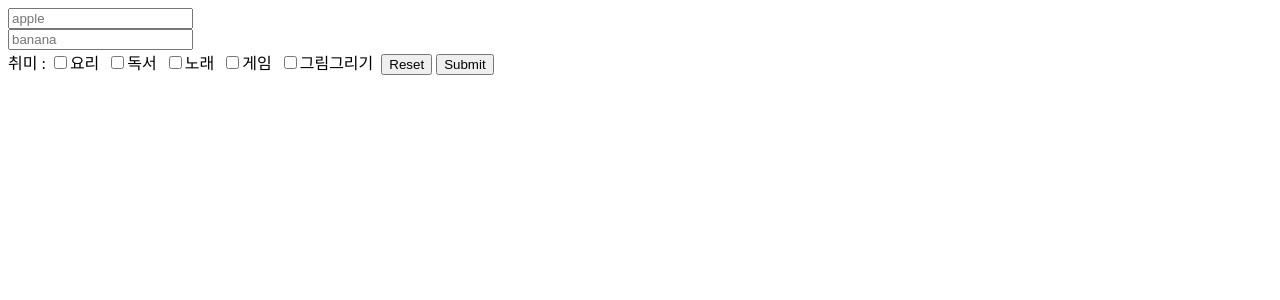
Repository: lee-ruru/jsp_practice
Page: http://localhost/JSPBasic/JspObject/1.requests/req_param_send.jsp
An editor plug-in stored every save of this project. The page is shown before and after the next save, followed by the edit.
The browser window is 1280 px wide. The pictures show the whole page.
The page is served by Tomcat 9.

Above is the page before, as saved 2022-02-03 06:37:05.

After the next save:
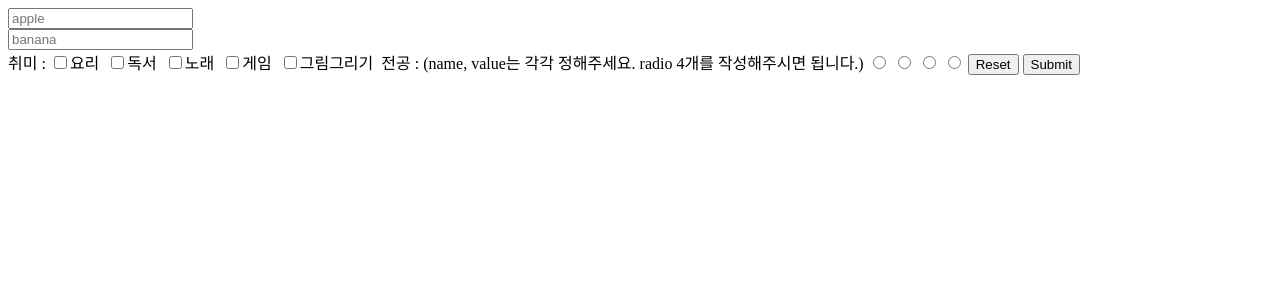
Saved 4 s later.
--- a/JSPBasic/src/main/webapp/JspObject/1.requests/req_param_send.jsp
+++ b/JSPBasic/src/main/webapp/JspObject/1.requests/req_param_send.jsp
@@ -26,6 +26,11 @@
 		<input type = "checkbox" name="habby" value="게임" >게임&nbsp;
 		<input type = "checkbox" name="habby" value="그림그리기" >그림그리기&nbsp;
 
+		전공 : (name, value는 각각 정해주세요. radio 4개를 작성해주시면 됩니다.)
+		<input type="radio" name="" value=""/>
+		<input type="radio" name="" value=""/>
+		<input type="radio" name="" value=""/>
+		<input type="radio" name="" value=""/>
 
 		<input type="reset" />
 		<input type="submit" />
